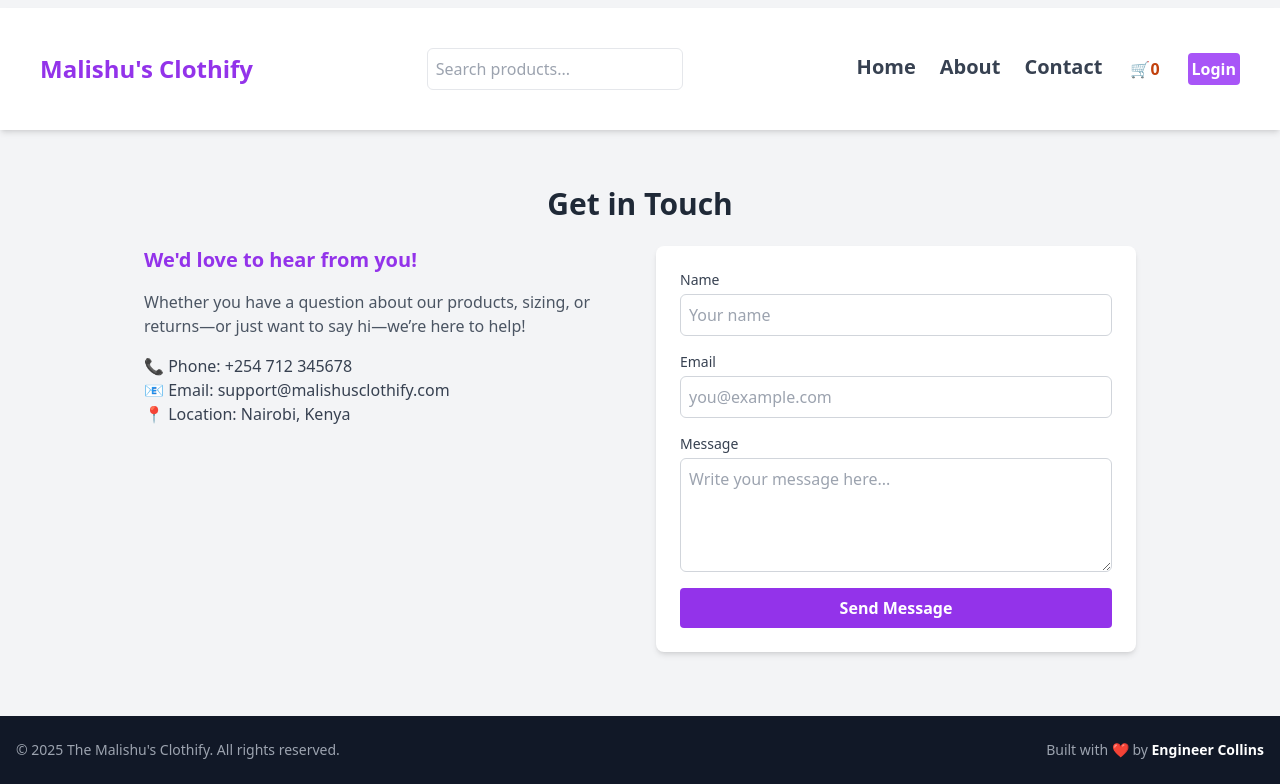
Repository: Engineer-collo/Modern-Ecommerce-Application
Page: /contact
The author's editor kept a copy of each file at every save. The page is drawn from the files as they stood at one save, then again after a run of saves.
The browser window is 1280 px wide. The pictures show the whole page.
The project was rebuilt for these pictures with package versions that can differ from the ones it lists, and the page was loaded fresh each time. Also part of the build but not shown: vite.config.js, src/components/SignupForm.jsx, src/components/LoginForm.jsx, src/components/ProductCard.jsx, src/components/ProductFeed.jsx, src/components/About.jsx, src/components/Cart.jsx.

Above is the page before, as saved 2025-05-23 16:05:55.

### index.html
<!DOCTYPE html>
<html lang="en">
<head>
  <meta charset="UTF-8">
  <meta name="viewport" content="width=device-width, initial-scale=1.0">
  <title>Ecommerce</title>
</head>
<body class="bg-gray-100">
  <div id="root"></div>
  <script type="module" src="/src/main.jsx"></script>
</body>
</html>

### src/main.jsx
import React from 'react'
import ReactDOM from 'react-dom/client'
import './index.css'
import App from './App'

ReactDOM.createRoot(document.getElementById('root')).render(
  <React.StrictMode>
    <App />
  </React.StrictMode>,
)

### src/App.jsx
import { BrowserRouter as Router, Routes, Route } from 'react-router-dom';
import { useEffect, useState } from 'react';
import Footer from './components/Footer';
import Navbar from './components/Navbar';
import SignupForm from './components/SignupForm';
import LoginForm from './components/LoginForm';
import ProductFeed from './components/ProductFeed';
import Contact from './components/Contact';
import About from './components/About';
import Cart from './components/Cart';

import {
  showSuccessToast,
  ToastContainerWrapper,
} from './components/Toast';

function App() {
  const [cart, setCart] = useState([]);
  const [cartLoaded, setCartLoaded] = useState(false);

  // Load cart from localStorage
  useEffect(() => {
    const storedCart = localStorage.getItem("cart");
    if (storedCart) {
      try {
        setCart(JSON.parse(storedCart));
      } catch (error) {
        console.error("Failed to parse cart from localStorage:", error);
      }
    }
    setCartLoaded(true);
  }, []);

  // Save cart to localStorage when updated
  useEffect(() => {
    if (cartLoaded) {
      localStorage.setItem("cart", JSON.stringify(cart));
    }
  }, [cart, cartLoaded]);

  const addToCart = (product) => {
    setCart(prevCart => {
      const existing = prevCart.find(item => item.id === product.id);
      if (existing) {
        return prevCart.map(item =>
          item.id === product.id
            ? { ...item, quantity: item.quantity + 1 }
            : item
        );
      } else {
        return [...prevCart, { ...product, quantity: 1 }];
      }
    });
    showSuccessToast("Added to cart!");
  };

  const removeFromCart = (product) => {
    setCart(prevCart =>
      prevCart
        .map(item =>
          item.id === product.id
            ? { ...item, quantity: item.quantity - 1 }
            : item
        )
        .filter(item => item.quantity > 0)
    );
    showSuccessToast("Removed from cart!");
  };

  return (
    <Router>
      <Navbar cart={cart} />
      <Routes>
        <Route
          path="/"
          element={
            <ProductFeed
              addToCart={addToCart}
              showSuccessToast={showSuccessToast}
              cart={cart}
            />
          }
        />
        <Route
          path="/cart"
          element={
            <Cart
              cart={cart}
              removeFromCart={removeFromCart}
            />
          }
        />
        <Route path="/login" element={<LoginForm />} />
        <Route path="/signup" element={<SignupForm />} />
        <Route path="/about" element={<About />} />
        <Route path="/contact" element={<Contact showSuccessToast={showSuccessToast} />} />
      </Routes>
      <ToastContainerWrapper />
      <Footer />
    </Router>
  );
}

export default App;

### src/components/Footer.jsx
const Footer = () => {
    return(
        <>
        <footer className="bg-gray-900 text-white py-6 mt-12">
  <div className="max-w-7xl mx-auto px-4 flex flex-col md:flex-row justify-between items-center space-y-4 md:space-y-0">
    <p className="text-sm text-gray-400">
      &copy; {new Date().getFullYear()} The Malishu's Clothify.  All rights reserved.
    </p>
    <p className="text-sm text-gray-400">
      Built with ❤️ by <span className="text-white font-semibold">Engineer Collins</span>
    </p>


  </div>
</footer>

        </>
    )
}

export default Footer

### src/components/Navbar.jsx
import React, { useState } from "react";
import { Link } from "react-router-dom";

const Navbar = ({ cart = [], searchTerm, setSearchTerm }) => {
  const [isOpen, setIsOpen] = useState(false);

  const toggleMenu = () => setIsOpen(!isOpen);

  return (
    <header className="mt-2 bg-white  shadow-md">
      <div className="max-w-7xl mx-auto px-10 py-10 flex flex-col md:flex-row md:justify-between md:items-center">
        <div className="flex justify-between items-center">
          <h1 className="text-2xl font-bold text-gray-800">
            <Link
              to="/"
              className="hover:text-blue-500 text-gray-700 transition"
            >
              <span className="text-purple-600">Malishu's Clothify</span>
            </Link>
          </h1>

          <div className="md:hidden">
            <button
              onClick={toggleMenu}
              className="text-gray-700 focus:outline-none"
            >
              <svg
                className="h-6 w-6"
                fill="none"
                stroke="currentColor"
                strokeWidth="2"
                viewBox="0 0 24 24"
              >
                <path
                  strokeLinecap="round"
                  strokeLinejoin="round"
                  d={
                    isOpen
                      ? "M6 18L18 6M6 6l12 12"
                      : "M4 6h16M4 12h16M4 18h16"
                  }
                />
              </svg>
            </button>
          </div>
        </div>

        {/* Search Input */}
        <div className="my-2 md:my-0 w-full md:w-auto">
          <input
            type="text"
            placeholder="Search products..."
            value={searchTerm}
            onChange={(e) => setSearchTerm(e.target.value)}
            className="w-full md:w-64 p-2 border rounded-md"
          />
        </div>

        {/* Desktop nav */}
        <nav className="space-x-6 hidden md:flex">
          <Link
            to="/"
            className="text-xl hover:text-blue-500 font-bold text-gray-700 transition"
          >
            Home
          </Link>
          <Link
            to="/about"
            className="text-xl  text-2x hover:text-blue-500 font-bold text-gray-700 transition"
          >
            About
          </Link>
          <Link
            to="/contact"
            className=" text-xl hover:text-blue-500 font-bold text-gray-700 transition"
          >
            Contact
          </Link>
          <Link
            to="/cart"
            className=" rounded p-1 font-bold text-orange-700 transition"
          >
            🛒<span>{cart.length}</span>
          </Link>
          <Link
            to="/login"
            className="rounded p-1 bg-purple-500 font-bold text-white transition"
          >
            Login
          </Link>
        </nav>
      </div>

      {/* Mobile nav */}
      {isOpen && (
        <nav className="md:hidden px-4 pb-4 space-y-2">
          {isOpen && (
              <nav className="md:hidden px-4 py-4 flex flex-col space-y-4 bg-white shadow-inner">
              <Link
                to="/"
                className="text-2xl font-bold text-gray-700 hover:text-blue-500 transition"
              >
                Home
              </Link>
              <Link
                to="/about"
                className="text-2xl font-bold text-gray-700 hover:text-blue-500 transition"
              >
                About
              </Link>
              <Link
                to="/contact"
                className="text-2xl font-bold text-gray-700 hover:text-blue-500 transition"
              >
                Contact
              </Link>
              <Link
                to="/cart"
                className="text-2xl font-bold text-orange-700 hover:text-orange-500 transition"
              >
                🛒 {cart.length}
              </Link>
              <Link
                to="/login"
                className="text-center text-2xl font-bold bg-purple-500 text-white px-3 py-2 rounded transition"
              >
                Login
              </Link>
            </nav>

)}

        </nav>
      )}
    </header>
  );
};

export default Navbar;

### src/components/Contact.jsx
import React, { useState } from 'react';

const Contact = ({showSuccessToast}) => {
  const [form, setForm] = useState({ name: '', email: '', message: '' });

  const handleChange = (e) => {
    setForm({ ...form, [e.target.name]: e.target.value });
  };

  const handleSubmit = (e) => {
    e.preventDefault();
    // You can integrate with EmailJS, Formspree, etc.
    showSuccessToast("Message sent Successfully.")
    setForm({ name: '', email: '', message: '' });
  };

  return (
    <>
    <div className="max-w-5xl mx-auto p-4 mt-10">
      <h2 className="text-3xl font-bold text-center mb-6 text-gray-800">Get in Touch</h2>

      <div className="grid grid-cols-1 md:grid-cols-2 gap-8">
        {/* Left Info Section */}
        <div className="space-y-4">
          <h3 className="text-xl font-semibold text-purple-600">We'd love to hear from you!</h3>
          <p className="text-gray-600">
            Whether you have a question about our products, sizing, or returns—or just want to say hi—we’re here to help!
          </p>
          <div>
            <p className="text-gray-700 font-medium">📞 Phone: <span className="font-normal">+254 712 345678</span></p>
            <p className="text-gray-700 font-medium">📧 Email: <span className="font-normal">support@malishusclothify.com</span></p>
            <p className="text-gray-700 font-medium">📍 Location: <span className="font-normal">Nairobi, Kenya</span></p>
          </div>
        </div>

        {/* Right Form Section */}
        <form onSubmit={handleSubmit} className="space-y-4 bg-white shadow-md rounded-lg p-6">
          <div>
            <label className="block text-sm font-medium text-gray-700">Name</label>
            <input
              type="text"
              name="name"
              value={form.name}
              onChange={handleChange}
              required
              className="mt-1 block w-full p-2 border border-gray-300 rounded-md focus:ring-purple-500 focus:border-purple-500"
              placeholder="Your name"
            />
          </div>

          <div>
            <label className="block text-sm font-medium text-gray-700">Email</label>
            <input
              type="email"
              name="email"
              value={form.email}
              onChange={handleChange}
              required
              className="mt-1 block w-full p-2 border border-gray-300 rounded-md focus:ring-purple-500 focus:border-purple-500"
              placeholder="you@example.com"
            />
          </div>

          <div>
            <label className="block text-sm font-medium text-gray-700">Message</label>
            <textarea
              name="message"
              value={form.message}
              onChange={handleChange}
              required
              rows="4"
              className="mt-1 block w-full p-2 border border-gray-300 rounded-md focus:ring-purple-500 focus:border-purple-500"
              placeholder="Write your message here..."
            />
          </div>

          <button
            type="submit"
            className="w-full bg-purple-600 hover:bg-purple-700 text-white font-semibold py-2 px-4 rounded"
          >
            Send Message
          </button>
        </form>
      </div>
    </div>
    </>
  );
};

export default Contact;

### src/components/Toast.jsx
// src/components/Toast.js
import { toast, ToastContainer } from 'react-toastify';
import 'react-toastify/dist/ReactToastify.css';

// Toast functions
export const showSuccessToast = (message) =>
  toast.success(message, {
    className: 'bg-green-100 text-green-800 border border-green-300 rounded p-4',
    bodyClassName: 'text-sm',
    progressClassName: 'bg-green-500',
  });

export const showErrorToast = (message) =>
  toast.error(message, {
    className: 'bg-red-100 text-red-800 border border-red-300 rounded p-4',
    bodyClassName: 'text-sm',
    progressClassName: 'bg-red-500',
  });

export const showInfoToast = (message) =>
  toast.info(message, {
    className: 'bg-blue-100 text-blue-800 border border-blue-300 rounded p-4',
    bodyClassName: 'text-sm',
    progressClassName: 'bg-blue-500',
  });

export const showWarningToast = (message) =>
  toast.warn(message, {
    className: 'bg-yellow-100 text-yellow-800 border border-yellow-300 rounded p-4',
    bodyClassName: 'text-sm',
    progressClassName: 'bg-yellow-500',
  });

// Toast container
export const ToastContainerWrapper = () => (
  <ToastContainer position="top-center" autoClose={2000} />
);

Loaded but not shown: src/index.css (common file); tailwind.config.js (common file)

After the next 2 saves:
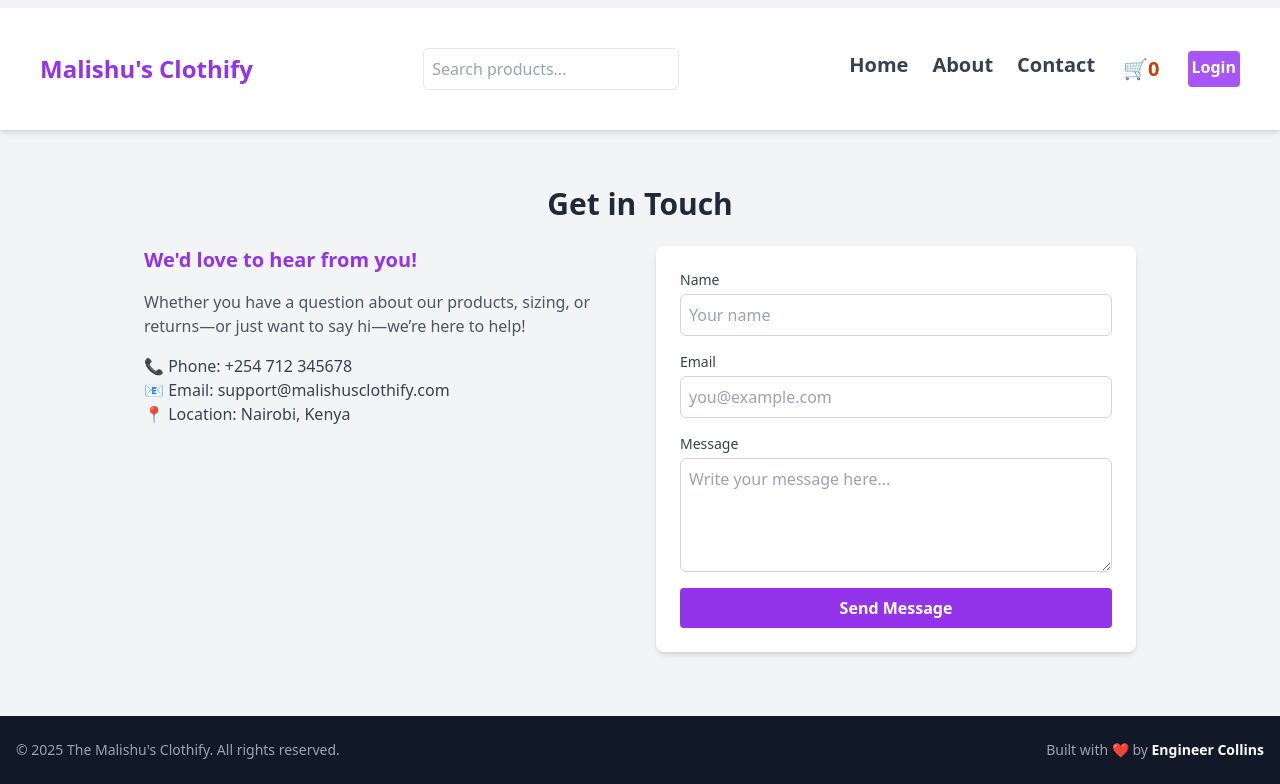
The 2 saves are shown as one change because they came seconds apart.
The last was saved 15 s later.
--- a/src/components/Navbar.jsx
+++ b/src/components/Navbar.jsx
@@ -78,7 +78,7 @@
           </Link>
           <Link
             to="/cart"
-            className=" rounded p-1 font-bold text-orange-700 transition"
+            className="text-xl rounded p-1 font-bold text-orange-700 transition"
           >
             🛒<span>{cart.length}</span>
           </Link>

After the 2 saves that followed:
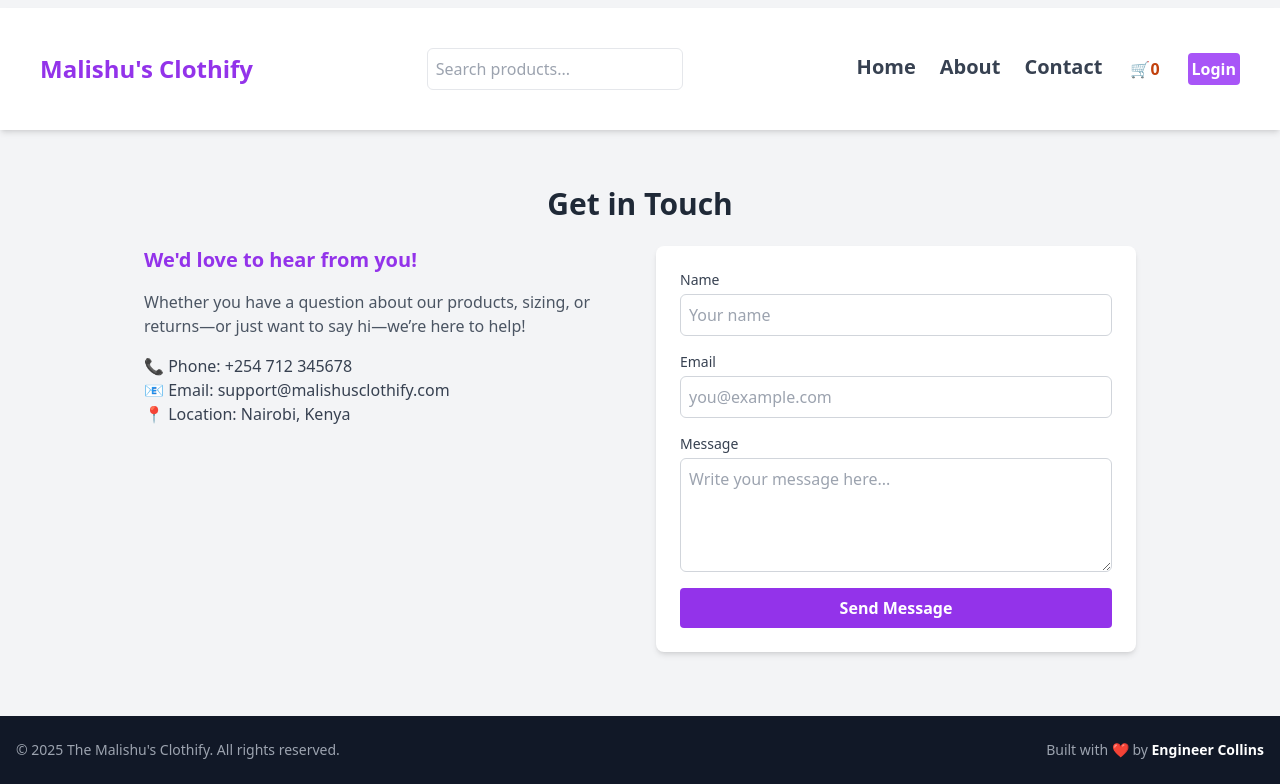
The 2 saves are shown as one change because 1 left the picture as it was.
The last was saved 2 min 57 s later.
--- a/src/components/Navbar.jsx
+++ b/src/components/Navbar.jsx
@@ -78,7 +78,7 @@
           </Link>
           <Link
             to="/cart"
-            className="text-xl rounded p-1 font-bold text-orange-700 transition"
+            className="text- rounded p-1 font-bold text-orange-700 transition"
           >
             🛒<span>{cart.length}</span>
           </Link>
